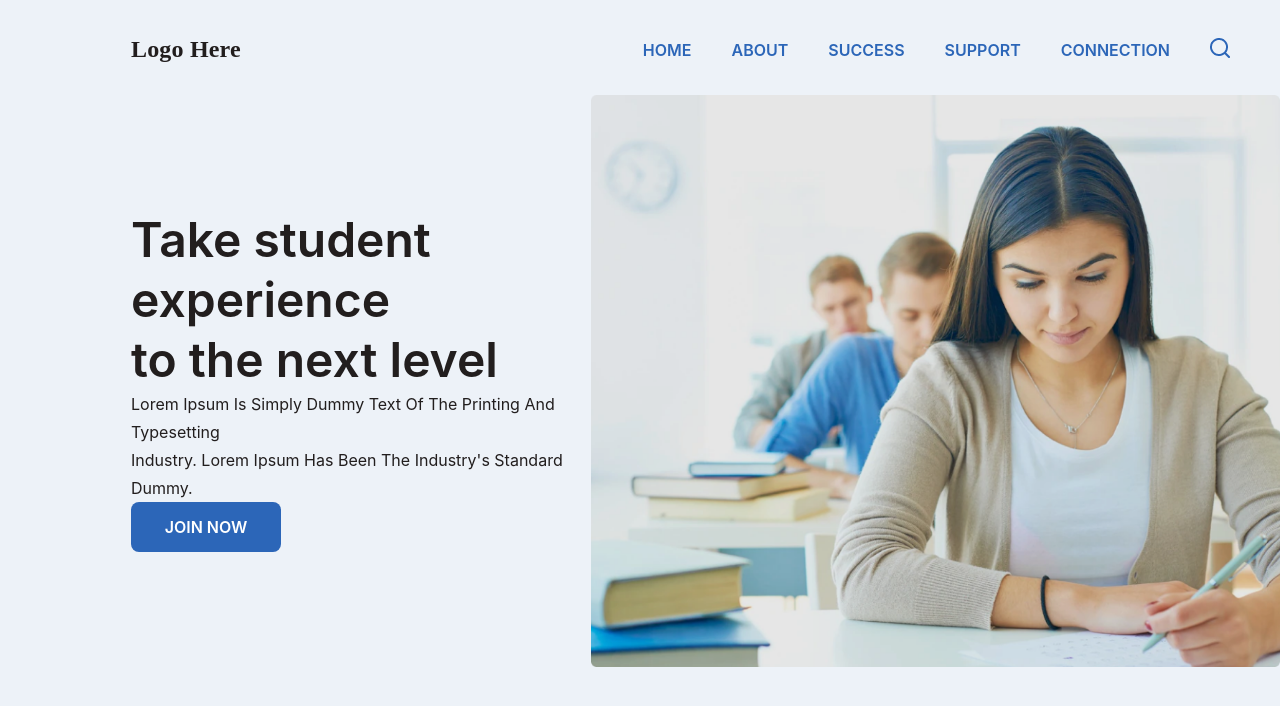
Repository: FaridRustamov09/Final-Task
Page: Pages/homePage/index.html
The author's editor kept a copy of each file at every save. The page is drawn from the files as they stood at one save, then again after a run of saves.
The browser window is 1280 px wide. The pictures show the whole page.
The style sheet was rebuilt from its Sass, Less or Tailwind sources for each picture, by a compiler version that may differ from the author's.

Above is the page before, as saved 2024-07-14 20:19:46.

After the next 2 saves:
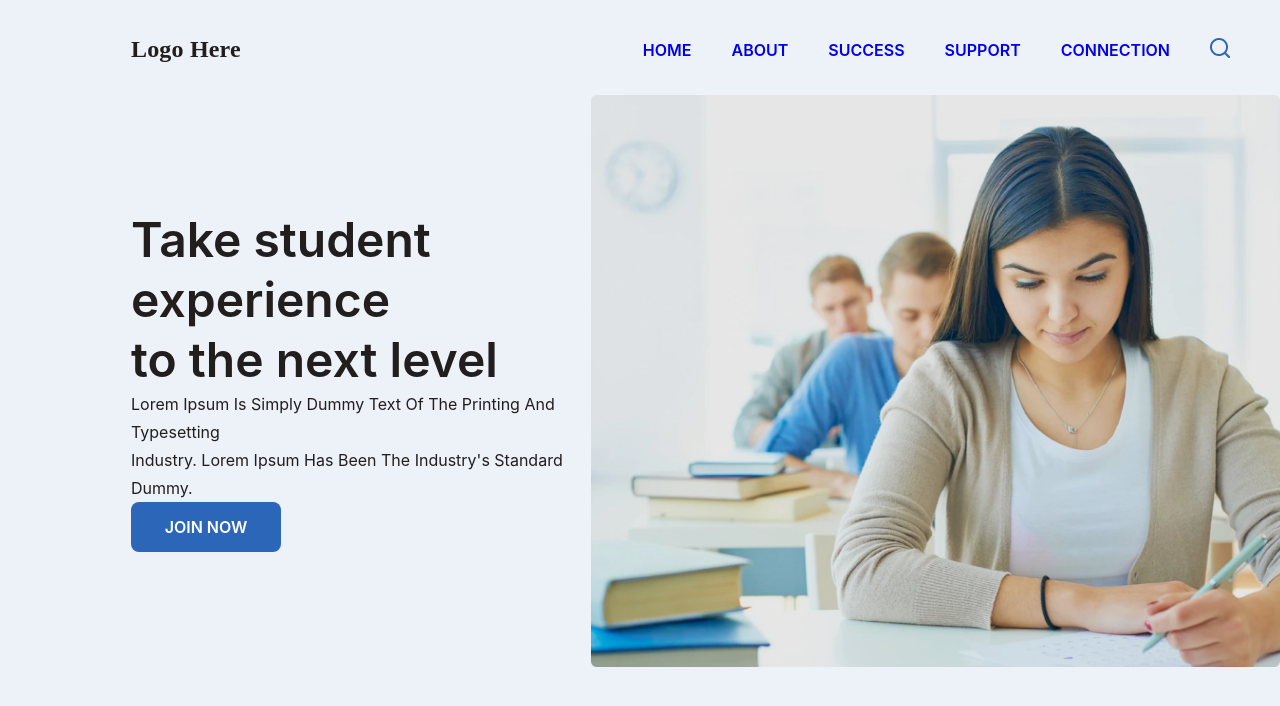
The 2 saves are shown as one change because they came seconds apart.
The last was saved 16 s later.
--- a/Pages/homePage/index.scss
+++ b/Pages/homePage/index.scss
@@ -31,7 +31,6 @@
         list-style-type: none;
         a {
           margin-right: 40px;
-          color: var(--blue-link, #2c66b8);
           font-family: Inter;
           font-size: 16px;
           font-style: normal;
@@ -39,6 +38,7 @@
           line-height: normal;
           text-transform: uppercase;
           text-decoration: none;
+
         }
       }
     }
